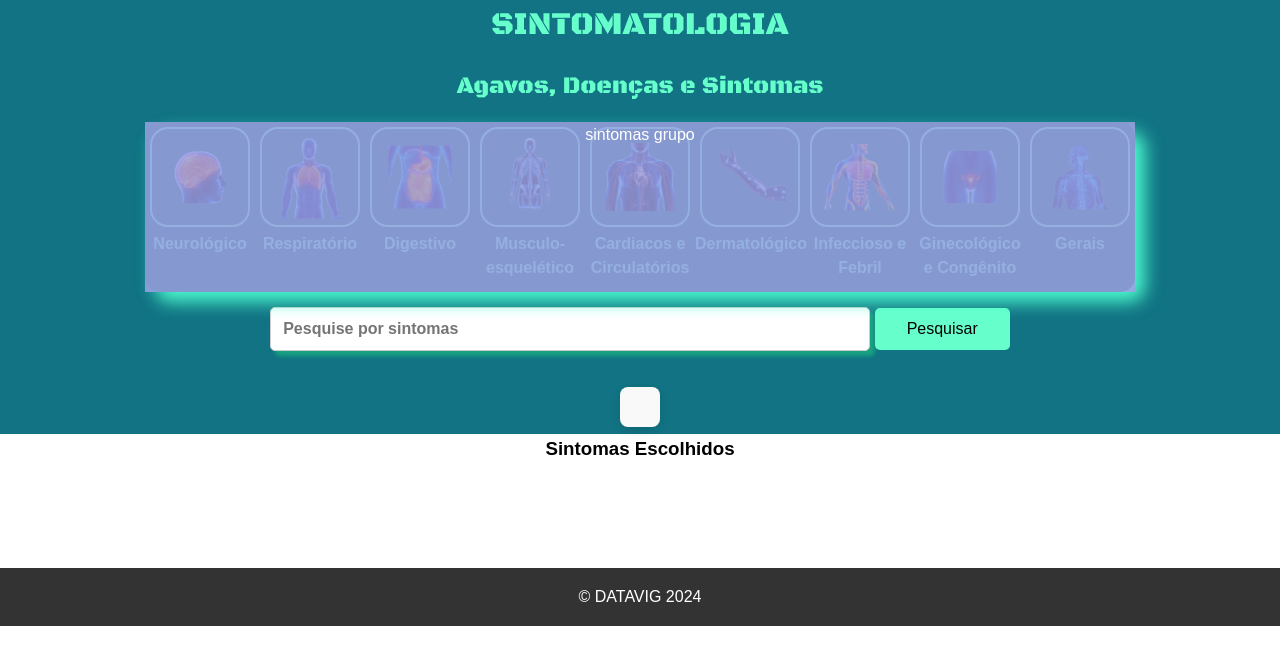
Repository: br-on/vigia
Page: index.html
The author's editor kept a copy of each file at every save. The page is drawn from the files as they stood at one save, then again after the next save.
The browser window is 1280 px wide. The pictures show the whole page.
Some web fonts or font styles are not loaded; a fallback is used.

Above is the page before, as saved 2024-09-16 18:49:36.

### index.html
<!DOCTYPE html>
<html lang="pt-br">
<head>
  <meta charset="UTF-8">
  <meta name="viewport" content="width=device-width, initial-scale=1.0">
  <title>IA VIGILÂNCIA</title>
  <link rel="stylesheet" href="assets/style/style.css">
</head>
<body>
  <nav>
  </nav>
  <header class="search">
    <h1 class="black-ops-one-regular">SINTOMATOLOGIA</h1>
    <h2 class="black-ops-one-regular">Agavos, Doenças e Sintomas</h2>
    <div class="grupos-sintomas">

      <div class="base-div">
      <div id="neurologicos" class="grupo"><div class="grupo-sintoma"><img src="/assets/img/grupos/neurologico.png" alt=""></div><div class="nome-grupo electrolize-regular">Neurológico</div></div>
      <div id="respiratorios" class="grupo"><div class="grupo-sintoma"><img src="assets/img/grupos/respiratorio.png" alt=""></div><div class="nome-grupo electrolize-regular">Respiratório</div></div>
      <div id="digestivos" class="grupo"><div class="grupo-sintoma"><img src="assets/img/grupos/digestivo.png" alt=""></div><div class="nome-grupo electrolize-regular">Digestivo</div></div>
      <div id="musculoesqueleticos" class="grupo"><div class="grupo-sintoma"><img src="assets/img/grupos/musculoesqueletico.png" alt=""></div><div class="nome-grupo electrolize-regular">Musculo- esquelético</div></div>
      <div id="cardiacos-circulatorios" class="grupo"><div class="grupo-sintoma"><img src="assets/img/grupos/cardiaco.png" alt=""></div><div class="nome-grupo electrolize-regular">Cardiacos e Circulatórios</div></div>
      <div id="dermatologicos" class="grupo"><div class="grupo-sintoma"><img src="assets/img/grupos/dermatologico.png" alt=""></div><div class="nome-grupo electrolize-regular">Dermatológico</div></div>
      <div id="infecciosos-febris" class="grupo"><div class="grupo-sintoma"><img src="assets/img/grupos/infecciosofebril.png" alt=""></div><div class="nome-grupo electrolize-regular">Infeccioso e Febril</div></div>
      <div id="ginecologicos-congenitos" class="grupo"><div class="grupo-sintoma"><img src="assets/img/grupos/ginecologicocongentia.png" alt=""></div><div class="nome-grupo electrolize-regular">Ginecológico e Congênito</div></div>
      <div id="sistemicos-gerais" class="grupo"><div class="grupo-sintoma"><img src="assets/img/grupos/gerais.png" alt=""></div><div class="nome-grupo electrolize-regular">Gerais</div></div>
      </div>

      <div class="overlay-div">
      <div class="sintomas-grupo">
      sintomas grupo
      </div>
      </div>


    </div><br>
    <input type="text" placeholder="Pesquise por sintomas" class="electrolize-regular" id="campo-pesquisa">
    <button onclick="pesquisar()">Pesquisar</button>
    <br>
    <div id="resultados-pesquisa" class="resultado-pesquisa-sintomas"></div>
  </header>
  <main>
    <center><h3>Sintomas Escolhidos</h3></center>
    <div id="sintomas-escolhidos">
      <!-- Sintomas escolhidos serão exibidos aqui -->
    </div>
    <br><br>
    <div id="resultados-doencas">
      <!-- Resultados das doenças serão exibidos aqui -->
    </div>
    <br><br>

  </main>
  <footer>
    <p>&copy; DATAVIG 2024</p>
  </footer>

  <script src="assets/script/sintomas.js"></script>
  <script src="assets/script/data.js"></script>
  <script src="assets/script/app.js"></script>
</body>
</html>

### assets/style/style.css
@import url('https://fonts.googleapis.com/css2?family=Black+Ops+One&display=swap');
@import url('https://fonts.googleapis.com/css2?family=Electrolize&display=swap');

* {
    margin: 0;
    padding: 0;
}

.black-ops-one-regular {
  font-family: "Black Ops One", system-ui;
  font-weight: 400;
  font-style: normal;
}

.electrolize-regular {
  font-family: "Electrolize", sans-serif;
  font-weight: 600;
  font-style: normal;
}

/* Estilos globais */
* {
    margin: 0;
    padding: 0;
    box-sizing: border-box;
}

html, body {
    height: 100%;
}

body {
    font-family: Arial, sans-serif;
    line-height: 1.6;
    margin: 0;
    padding: 0;

}

header, nav, footer {
    background-color: #333;
    color: #fff;
    text-align: center;
}

main {
    flex: 1;
}

h1, h2 {
    color: #66ffcc;
    margin-bottom: 1rem;
}

/* Estilo para o formulário de pesquisa */
.search {
    text-align: center;
    background-color: #117383;
}

.search input[type="text"] {
    margin-top: 15px;
    width: 600px;
    padding: 0.75rem;
    margin-bottom: 1rem;
    border: 1px solid #ccc;
    border-radius: 5px;
    font-size: 1rem;
    box-shadow: 5px 5px 4.5px #19a381;
}

.search button {
    padding: 0.75rem 2rem;
    background-color: #66ffcc;
    color: #000;
    border: none;
    border-radius: 5px;
    cursor: pointer;
    font-size: 1rem;
}

.search button:hover {
    background-color: #29a67c;
    color: rgb(255, 255, 255);
}

/* Estilo para resultados */
.results {
    padding: 2rem;
    background-color: #fff;
    text-align: center;
}

/* Estilo do rodapé */

footer {
    background-color: #333;
    color: white;
    padding: 1rem;
    text-align: center;
    position: relative;
    bottom: 0;
    width: 100%;
}

/* Media Queries para telas menores */
@media (max-width: 768px) {
    .search input[type="text"] {
        width: 95%;
    }

    .search button {
        width: 100%;
        margin-top: 1rem;
    }
}

@media (max-width: 480px) {
    h1 {
        font-size: 2rem;
    }

    h2 {
        font-size: 1.5rem;
    }

    footer {
        font-size: 0.9rem;
    }
}

/* Container principal dos resultados */
#resultados-pesquisa {

    max-height: 80vh; /* Limita a altura para que os resultados não ocupem a tela inteira */
    overflow-y: auto; /* Ativa a barra de rolagem vertical */
    padding: 20px;
    margin-top: 20px;
    border-radius: 8px;
    box-shadow: 0px 4px 10px rgba(0, 0, 0, 0.1); /* Sombra suave */
    background-color: #f9f9f9; /* Fundo claro */
}

/* Estilo dos itens de resultado */
.item-resultado {
    border: 3px solid #e0e0e0; /* Borda leve ao redor do item */
    border-radius: 8px; /* Bordas arredondadas */
    padding: 20px; /* Espaçamento interno */
    margin-bottom: 20px; /* Espaçamento entre os itens */
    background-color: #fff; /* Fundo branco para o item */
    box-shadow: 0px 4px 8px rgba(0, 0, 0, 0.05); /* Sombra leve */
    transition: transform 0.3s ease, box-shadow 0.3s ease; /* Transição suave */
}

/* Efeito hover nos itens */
.item-resultado:hover {
    transform: translateY(-5px); /* Eleva o item ao passar o mouse */
    box-shadow: 0px 6px 12px rgba(0, 0, 0, 0.15); /* Aumenta a sombra ao passar o mouse */
}

/* Título do item */
.item-resultado h2 {
    font-size: 1.8rem;
    margin-bottom: 10px;
    color: #333; /* Cor mais escura para o título */
    font-weight: bold;
}

/* Subtítulos (Descrição, Sintomas, etc.) */
.item-resultado h4 {
    font-size: 1.2rem;
    margin-top: 15px;
    margin-bottom: 8px;
    color: #555; /* Cor intermediária */
}

/* Texto descritivo */
.item-resultado .descricao-meta {
    font-size: 1rem;
    line-height: 1.5; /* Facilita a leitura */
    color: #666; /* Cor do texto */
    margin-bottom: 15px;
}

/* Links */
.item-resultado a {
    font-size: 1rem;
    color: #007bff; /* Cor azul padrão */
    text-decoration: none;
}

.item-resultado a:hover {
    text-decoration: underline; /* Sublinha ao passar o mouse */
}

/* Barra de rolagem estilizada */
#resultados-pesquisa::-webkit-scrollbar {
    width: 8px;
}

#resultados-pesquisa::-webkit-scrollbar-thumb {
    background-color: #888;
    border-radius: 10px;
}

#resultados-pesquisa::-webkit-scrollbar-thumb:hover {
    background-color: #555;
}


/* Adicione isto ao seu arquivo CSS */
#filtros-sintomas {
    width: 90%;
    margin: 0 auto; /* Centraliza a div horizontalmente */
    display: flex;
    flex-wrap: wrap; /* Faz com que os itens quebrem para a linha seguinte */
    gap: 10px; /* Espaço entre os itens */
    box-sizing: border-box;
}

#filtros-sintomas label {
    display: flex;
    align-items: center;
    margin-right: 10px; /* Espaço entre os labels */

}


.sintoma-item {
    padding: 10px;
    margin: 5px 0;
    border-radius: 5px;
    cursor: pointer;
    margin: 2px;
}

.sintoma-item:hover {
    opacity: 0.8;
}

#sintomas-escolhidos {
    display: inline-flex;
    flex-wrap: wrap;
    margin-top: 20px;
}

.sintoma-escolhido {
    background-color: #d4edda; /* Cor de fundo verde clara */
    border: 1px solid #c3e6cb;
    padding: 10px;
    margin: 5px 0;
    border-radius: 5px;
}

.resultado-pesquisa-sintomas {
    display: inline-flex;
    flex-wrap: wrap;
    align-items: center;
    justify-content: center;
}

.grupos-sintomas {
    position: relative;
    margin: 0 auto;
    display: inline-flex;
    flex-wrap: wrap;
    justify-content: center;
    align-items: flex-start;
    min-height: 170px;
    background-color: #0f5c5093;
    border-radius: 15px;
    box-shadow: 10px 10px 17px #4cf8cd;
}

/* Media Queries para telas menores */
@media (max-width: 768px) {
    .grupos-sintomas {
        width: 94.5%;
    }
}

.grupo:hover {
    cursor: pointer;
    .nome-grupo {
        margin-top: 18px;
        background-color: hsl(29, 100%, 42%);
    }
    .grupo-sintoma {
        height: 90px;
        width: 90px;
        transition: 0.5s;
        cursor: pointer;
        border-radius: 50%;
        background-color: hsl(29, 100%, 42%);
    }
  }
.grupo-sintoma {
    display: flex;
    justify-content: center;
    align-items: center;
    margin: 5px;
    width: 100px;
    height: 100px;
    border-radius: 18px;
    border: solid 2.5px #66ffcc;
}

.grupo-sintoma img {
    width: 90px;
    height: 90px;
}

.grupo-sintoma img:hover {
    height: 130px;
    width: 130px;
    transition: 0.5s;
    cursor: pointer;
}

.nome-grupo {
    max-width: 110px;
    font-size: 1em;
    color: #66ffcc;
    line-height: 1.5;

}


/* background-color dos nomes dos grupos */
/* sem utilidade no momento */
    .bg-neurologicos {background-color: #88490d; }
    .bg-respiratorios {background-color: #26B63E; }
    .bg-digestivos {background-color: #060270;}
    .bg-musculoesqueleticos {background-color: #632e2e;}
    .bg-cardiacos-circulatorios {background-color: #D20103;}
    .bg-dermatologicos {background-color: #c63de9;}
    .bg-infecciosos-febris {background-color: #4419AA;}
    .bg-ginecologicos-congenitos {background-color: #3b0a49;}
    .bg-sistemicos-gerais {background-color: #2B5D9C;}


.base-div {
        display: inline-flex;
        flex-wrap: wrap;

        /* A altura será variável de acordo com o conteúdo */
      }

.overlay-div {
        position: absolute;
        top: 0;
        left: 0;
        width: 100%; /* A largura da div sobreposta será igual à da div base */
        height: 100%; /* A altura será igual à div base */
        background-color: rgba(157, 162, 228, 0.842); /* Cor com transparência */


      }

### assets/script/app.js
document.addEventListener('DOMContentLoaded', function () {
    // Carregar sintomas iniciais (se necessário)
});

// Função para exibir os sintomas ao clicar em um grupo
function exibirSintomasPorGrupo(grupoId) {
    let resultadosSintomasDiv = document.getElementById("resultados-pesquisa");
    resultadosSintomasDiv.innerHTML = ""; // Limpar resultados anteriores

    // Obter sintomas já escolhidos
    let sintomasEscolhidos = Array.from(document.getElementById("sintomas-escolhidos").children)
        .map(div => div.textContent);

    // Filtrar sintomas pelo grupo clicado e que não foram escolhidos
    let sintomasEncontrados = dataSintomas.filter(sintoma =>
        sintoma.grupo_sintoma.toLowerCase() === grupoId.toLowerCase() &&
        !sintomasEscolhidos.includes(sintoma.titulo_sintoma)
    );

    if (sintomasEncontrados.length > 0) {
        sintomasEncontrados.forEach(sintoma => {
            let divSintoma = document.createElement('div');
            divSintoma.className = 'sintoma-item';
            divSintoma.style.backgroundColor = coresPorGrupo[grupoId.toLowerCase()] || '#ccc';
            divSintoma.textContent = sintoma.titulo_sintoma;
            divSintoma.addEventListener('click', () => adicionarSintomaEscolhido(sintoma, grupoId));
            resultadosSintomasDiv.appendChild(divSintoma);
        });
    } else {
        resultadosSintomasDiv.innerHTML = '<p>Nenhum sintoma encontrado para este grupo.</p>';
    }
}


// Função para configurar o clique nos grupos
function configurarEventosDeCliqueNosGrupos() {
    // Seleciona todas as divs de grupos de sintomas
    const grupos = document.querySelectorAll('.grupo');

    // Adiciona o evento de clique para cada grupo
    grupos.forEach(grupo => {
        grupo.addEventListener('click', () => {
            exibirSintomasPorGrupo(grupo.id); // Exibe sintomas ao clicar no grupo
        });
    });
}

// Chama essa função quando a página carrega
window.onload = configurarEventosDeCliqueNosGrupos;

// Função do botão pesquisar
function pesquisar() {
    let campoPesquisa = document.getElementById("campo-pesquisa").value.toLowerCase();
    let resultadosSintomasDiv = document.getElementById("resultados-pesquisa");
    resultadosSintomasDiv.innerHTML = ""; // Limpar resultados anteriores

    // Obter sintomas já escolhidos
    let sintomasEscolhidos = Array.from(document.getElementById("sintomas-escolhidos").children)
        .map(div => div.textContent);

    // Filtrar sintomas que correspondem ao texto digitado e que não foram escolhidos
    let sintomasEncontrados = dataSintomas.filter(sintoma =>
        (sintoma.titulo_sintoma.toLowerCase().includes(campoPesquisa) ||
        sintoma.grupo_sintoma.toLowerCase().includes(campoPesquisa)) &&
        !sintomasEscolhidos.includes(sintoma.titulo_sintoma)
    );

    sintomasEncontrados.forEach(sintoma => {
        let divSintoma = document.createElement('div');
        divSintoma.className = 'sintoma-item';

        let grupoId = sintoma.grupo_sintoma.toLowerCase().replace(/\s/g, '-');
        divSintoma.style.backgroundColor = coresPorGrupo[grupoId] || '#ccc';

        divSintoma.textContent = sintoma.titulo_sintoma;
        divSintoma.addEventListener('click', () => adicionarSintomaEscolhido(sintoma, grupoId));
        resultadosSintomasDiv.appendChild(divSintoma);
    });
}

function adicionarSintomaEscolhido(sintoma, grupoId) {
    let sintomasEscolhidosDiv = document.getElementById("sintomas-escolhidos");

    // Verifica se o sintoma já foi escolhido
    let sintomaJaEscolhido = Array.from(sintomasEscolhidosDiv.children).some(div => div.textContent === sintoma.titulo_sintoma);
    if (sintomaJaEscolhido) return; // Evita adicionar o mesmo sintoma mais de uma vez

    let divEscolhido = document.createElement('div');
    divEscolhido.className = 'sintoma-escolhido';
    divEscolhido.textContent = sintoma.titulo_sintoma;

    // Aplicar a cor do grupo ao sintoma escolhido
    divEscolhido.style.backgroundColor = coresPorGrupo[grupoId.toLowerCase()] || '#ccc';

    // Adiciona o evento de clique para remover o sintoma da lista escolhida
    divEscolhido.addEventListener('click', () => removerSintomaEscolhido(sintoma));

    sintomasEscolhidosDiv.appendChild(divEscolhido);

    // Remover o sintoma da lista de sintomas encontrados
    let sintomasEncontrados = document.querySelectorAll('#resultados-pesquisa .sintoma-item');
    sintomasEncontrados.forEach(item => {
        if (item.textContent === sintoma.titulo_sintoma) {
            item.remove();
        }
    });

    mostrarDoencasRelacionadas();
}

function removerSintomaEscolhido(sintoma) {
    let sintomasEscolhidosDiv = document.getElementById("sintomas-escolhidos");

    // Encontrar e remover o sintoma da lista de escolhidos
    Array.from(sintomasEscolhidosDiv.children).forEach(div => {
        if (div.textContent === sintoma.titulo_sintoma) {
            div.remove();
        }
    });

    // Reexibir o sintoma na lista de pesquisa ou na lista de grupo
    let resultadosSintomasDiv = document.getElementById("resultados-pesquisa");

    let divSintoma = document.createElement('div');
    divSintoma.className = 'sintoma-item';

    // Atribuir cor do grupo
    let grupoId = sintoma.grupo_sintoma.toLowerCase().replace(/\s/g, '-');
    divSintoma.style.backgroundColor = coresPorGrupo[grupoId] || '#ccc';

    divSintoma.textContent = sintoma.titulo_sintoma;
    divSintoma.addEventListener('click', () => adicionarSintomaEscolhido(sintoma, grupoId));
    resultadosSintomasDiv.appendChild(divSintoma);

    mostrarDoencasRelacionadas();
}

function mostrarDoencasRelacionadas() {
    let sintomasEscolhidosDiv = document.getElementById("sintomas-escolhidos");
    let sintomasEscolhidos = Array.from(sintomasEscolhidosDiv.children).map(div => div.textContent.trim().toLowerCase());

    let resultadosDoencasDiv = document.getElementById("resultados-doencas");
    resultadosDoencasDiv.innerHTML = ""; // Limpar resultados anteriores

    // Percorre cada doença no array dataDoencas
    dataDoencas.forEach(doenca => {
        // Divide os sintomas da doença em um array e remove espaços extras
        let sintomasDoenca = doenca.sintomas.toLowerCase().split(',').map(s => s.trim());

        // Verifica se todos os sintomas escolhidos estão incluídos nos sintomas da doença
        let correspondeSintomas = sintomasEscolhidos.every(sintomaEscolhido =>
            sintomasDoenca.includes(sintomaEscolhido)
        );

        // Se todos os sintomas escolhidos estiverem presentes, exibe a doença
        if (correspondeSintomas) {
            resultadosDoencasDiv.innerHTML += `
                <div class="item-resultado">
                    <center><h2 class="black-ops-one-regular">${doenca.titulo}</h2></center>
                    <h4 class="electrolize-regular">Descrição</h4>
                    <p class="descricao-meta">${doenca.descricao}</p>
                    <h4 class="electrolize-regular">Sintomas</h4>
                    <p class="descricao-meta">${doenca.sintomas}</p>
                    <h4 class="electrolize-regular">Prevenção</h4>
                    <p class="descricao-meta">${doenca.prevencao}</p>
                    <h4 class="electrolize-regular">Tratamento</h4>
                    <p class="descricao-meta">${doenca.tratamento}</p>
                    <a href="${doenca.link}" target="_blank">${doenca.link}</a>
                </div>
            `;
        }
    });
}

Loaded but not shown: assets/script/data.js (373 lines, source omitted); assets/script/sintomas.js (484 lines, source omitted)

After the next save:
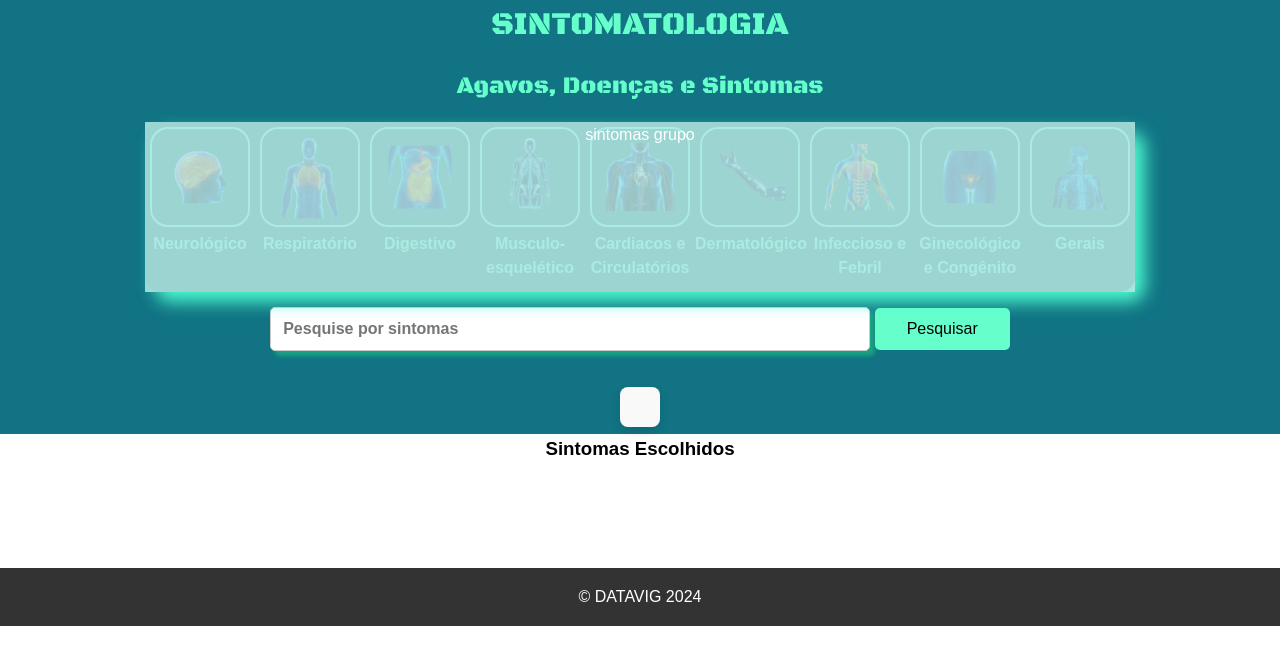
Saved 10 s later.
--- a/assets/style/style.css
+++ b/assets/style/style.css
@@ -352,7 +352,7 @@ footer {
         left: 0;
         width: 100%; /* A largura da div sobreposta será igual à da div base */
         height: 100%; /* A altura será igual à div base */
-        background-color: rgba(157, 162, 228, 0.842); /* Cor com transparência */
+        background-color: rgba(183, 233, 230, 0.842); /* Cor com transparência */
 
 
       }
